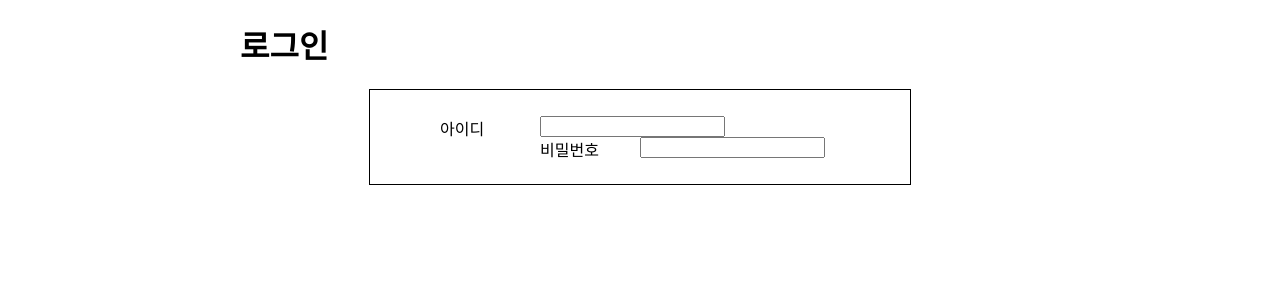
Repository: coolSummer1119/study
Page: http://localhost/ch03_Jsp/ch17_member/loginForm.jsp
These files come from the project's save history. The page is drawn as it stood at one moment and after the next save; the edit follows.
The browser window is 1280 px wide. The pictures show the whole page.
The page is served by Tomcat 9. Other server files are loaded and not shown.

Above is the page before, as saved 2024-04-30 01:41:52.

### workspace/ch03_Jsp/src/main/webapp/ch17_member/loginForm.jsp
<%@ page language="java" contentType="text/html; charset=UTF-8"
    pageEncoding="UTF-8"%>
<!DOCTYPE html>
<html>
<head>
<meta charset="UTF-8">
<title>로그인 폼</title>
<link rel="stylesheet" href="../CSS/style.css" type="text/css">
<script type="text/javascript" src="<%= request.getContextPath() %>/js/jquery-3.7.1.min.js"></script>
</head>
<body>
<div class="page-main">
	<h1>로그인</h1>
	<form action="login.jsp" method="post" id="login_form">
		<ul>
			<li>
				<label for="id">아이디</label>
				<input type="text" name="id" id="id" maxlength="12">
			</li>
			<li>
				<label for="passwd">비밀번호</label>
				<input type="password" name="passwd" id="passwd" maxlength="12">
			</li>
		</ul>
	</form>
</div>
</body>
</html>

### workspace/ch03_Jsp/src/main/webapp/CSS/style.css
@charset "UTF-8";


body{
	padding: 0;
	margin: 0;
}
.page-main{
	width: 800px;
	margin: 0 auto;/* 중앙정렬 */

}
.result-display{
	width: 400px;
	height: 200px;
	margin: 50px auto;
	border: 1px solid #000;
	display: flex;
	align-content: center;/* 세로정렬 */
	justify-content: center;/* 가로정렬 */

}
.align-center{
	text-align: center;
}
.align-right{
	text-align: right;
}
/* 목록 */
table{
	width: 100%;
	border: 1px solid #000;
	border-collapse: collapse;
	margin-top: 5px;
}
table td, table th{
	border: 1px solid #000;
	padding: 5px;
}
/* 등록, 수정폼 */
form{
	width: 500px;
	margin: 0 auto;
	border: 1px solid #000;
	padding: 10px 10px 10px 30px;
}
ul{
	list-style: none;
}
label {
	width: 100px;
	float: left; /* 태그를 왼쪽으로 정렬 */
}

Loaded but not shown: workspace/ch03_Jsp/src/main/webapp/js/jquery-3.7.1.min.js (library)

After the next save:
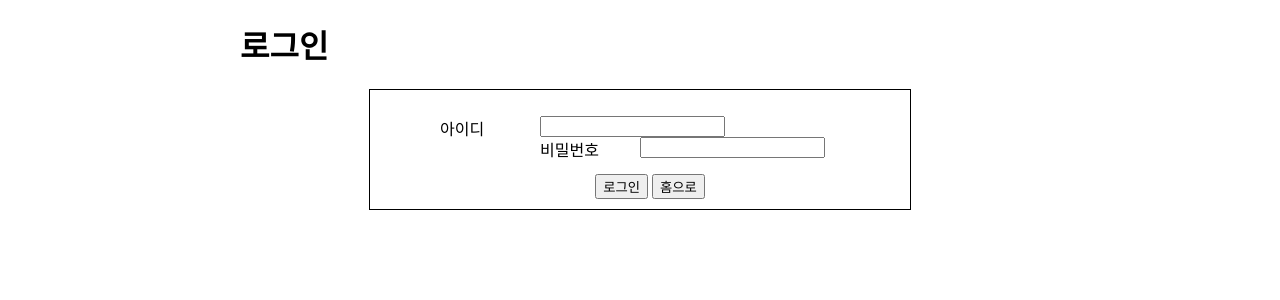
Saved 77 s later.
--- a/workspace/ch03_Jsp/src/main/webapp/ch17_member/loginForm.jsp
+++ b/workspace/ch03_Jsp/src/main/webapp/ch17_member/loginForm.jsp
@@ -22,6 +22,10 @@
 				<input type="password" name="passwd" id="passwd" maxlength="12">
 			</li>
 		</ul>
+		<div class="align-center">
+			<input type="submit" value="로그인">
+			<input type="button" value="홈으로" onclick="location.href='main.jsp'">
+		</div>
 	</form>
 </div>
 </body>
